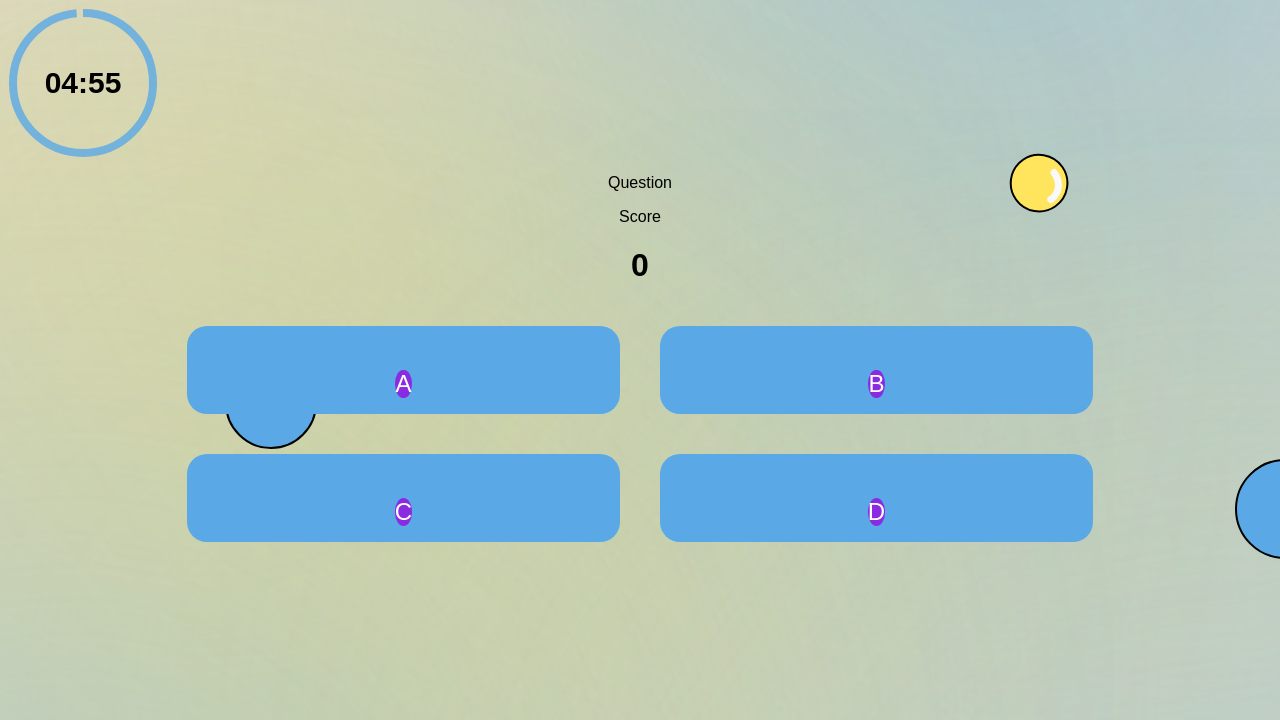
Repository: sierralaurent/SmartiePants
Page: quiz.html
These files come from the project's save history. The page is drawn as it stood at one moment and after the next save; the edit follows.
The browser window is 1280 px wide. The pictures show the whole page.
The page's requests for data from a server got no answer.

Above is the page before, as saved 2023-05-16 21:48:29.

After the next save:
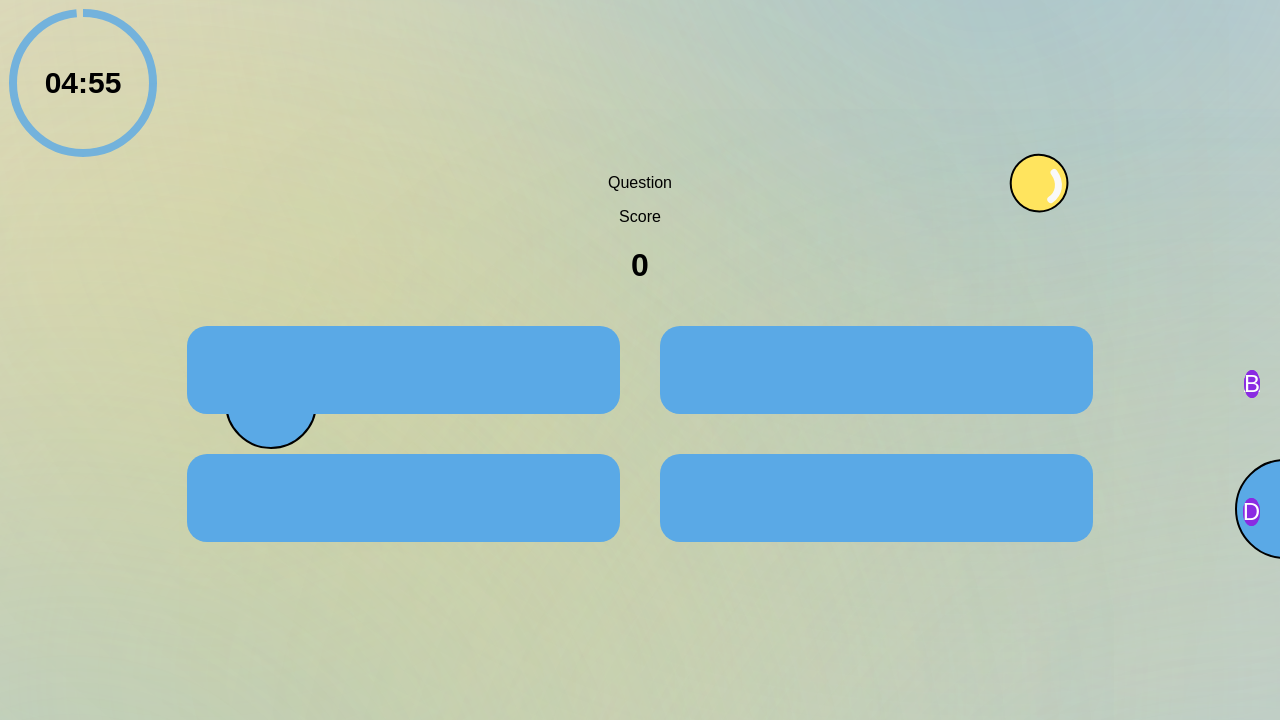
Saved 5 s later.
--- a/quiz.css
+++ b/quiz.css
@@ -68,4 +68,5 @@ body {
     border-radius: 100%;
     color: white;
     position: absolute;
+    right: 20px;
 }
